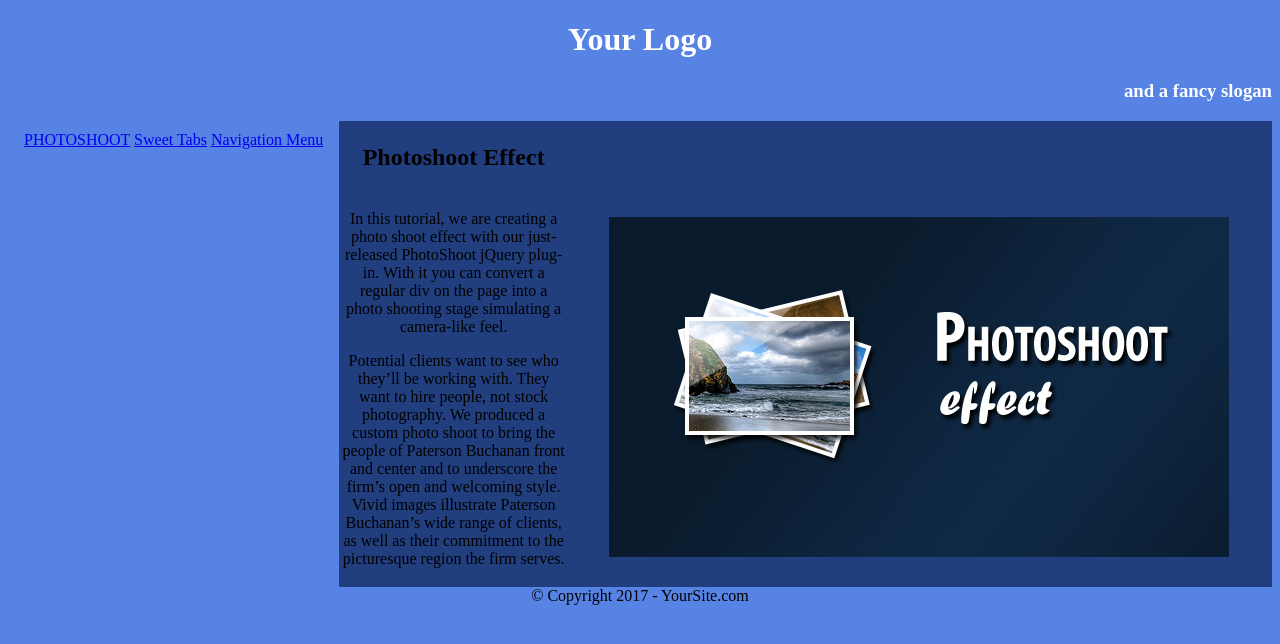
Repository: Helianthusss/Learn-CPP
Page: HTML/Lab-03/Lab-3-Resources/Ex01_PhotoShootEffect/photo-shoot-effect.html
These files come from the project's save history. The page is drawn as it stood at one moment and after the next save; the edit follows.
The browser window is 1280 px wide. The pictures show the whole page.

Above is the page before, as saved 2021-10-13 08:06:20.

### HTML/Lab-03/Lab-3-Resources/Ex01_PhotoShootEffect/photo-shoot-effect.html
<!DOCTYPE html>
<html lang="en">
  <head>
    <meta charset="UTF-8" />
    <title>Photo Shoot Effect</title>
    <link rel="stylesheet" type="text/css" href="photo-shoot-effect.css" />
  </head>
  <body>
    <header>
      <h1>Your Logo</h1>
      <h3>and a fancy slogan</h3>
      <nav>
        <a href="#">PHOTOSHOOT</a>
        <a href="#" title="sweet tabs">Sweet Tabs</a>
        <a href="#">Navigation Menu</a>
      </nav>
    </header>
    <table>
      <main>
        <article>
          <tr>
            <th><h2>Photoshoot Effect</h2></th>
          </tr>
          <tr>
              <td>
              <p>
                In this tutorial, we are creating a photo shoot effect with our
                just-released PhotoShoot jQuery plug-in. With it you can convert
                a regular div on the page into a photo shooting stage simulating
                a camera-like feel.
              </p>
              <p>
                Potential clients want to see who they’ll be working with. They
                want to hire people, not stock photography. We produced a custom
                photo shoot to bring the people of Paterson Buchanan front and
                center and to underscore the firm’s open and welcoming style.
                Vivid images illustrate Paterson Buchanan’s wide range of
                clients, as well as their commitment to the picturesque region
                the firm serves.
              </p>
            </td>
            <td>
                <div class="article-content">
                  <figure>
                    <img src="images/photo.jpg" />
                  </figure></td>
            </div>
          </tr>
        </article>
      </main>
    </table>
    <footer>&copy; Copyright 2017 - YourSite.com</footer>
  </body>
</html>

### HTML/Lab-03/Lab-3-Resources/Ex01_PhotoShootEffect/photo-shoot-effect.css
body {
  background-color: rgb(86, 131, 228);
}
h1 {
  text-align: center;
  color: white;
}
h3 {
  text-align: right;
  color: white;
}
nav {
  overflow: hidden;
  text-align: center;
  float: left;
  display: block;
  text-align: center;
  padding: 10px 16px;
}
table {
  background-color: rgb(33, 62, 126);
  text-align: center;
}
footer {
  text-align: center;
}

After the next save:
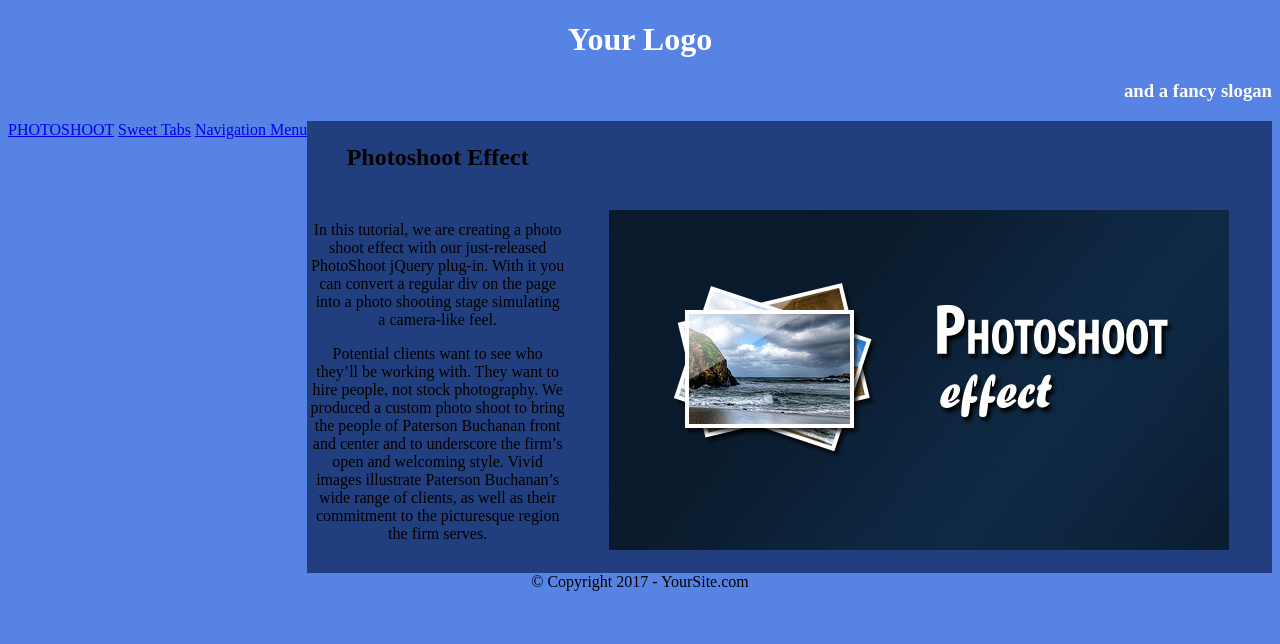
Saved 11 s later.
--- a/HTML/Lab-03/Lab-3-Resources/Ex01_PhotoShootEffect/photo-shoot-effect.css
+++ b/HTML/Lab-03/Lab-3-Resources/Ex01_PhotoShootEffect/photo-shoot-effect.css
@@ -15,7 +15,6 @@ nav {
   float: left;
   display: block;
   text-align: center;
-  padding: 10px 16px;
 }
 table {
   background-color: rgb(33, 62, 126);
